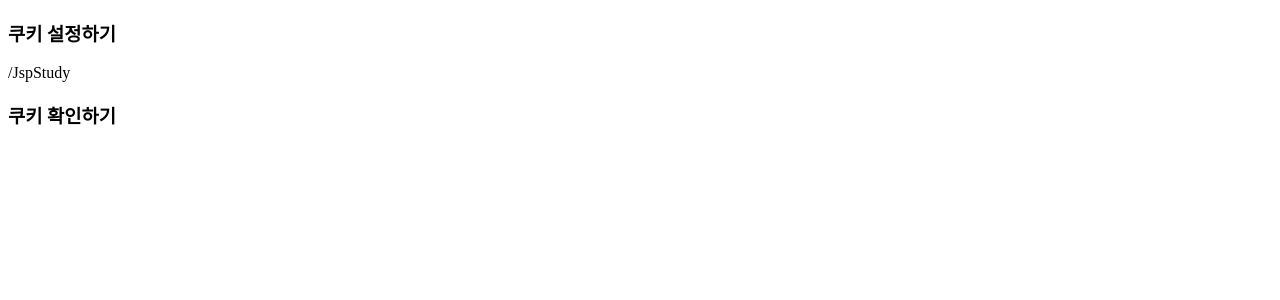
Repository: kimeuiyeob/KOPO_JSP_Study_2
Page: http://localhost/JspStudy/04Cookie/CookieMain.jsp
The author's editor kept a copy of each file at every save. The page is drawn from the files as they stood at one save, then again after the next save.
The browser window is 1280 px wide. The pictures show the whole page.
The page is served by Tomcat 9. Other server files are loaded and not shown.

Above is the page before, as saved 2023-06-19 04:30:17.

### JspStudy/src/main/webapp/04Cookie/CookieMain.jsp
<%@ page language="java" contentType="text/html; charset=UTF-8" pageEncoding="UTF-8"%>
<!DOCTYPE html>
<html>
<head>
<meta charset="UTF-8">
<title>cookie</title>
</head>
<body>

	<%
	request.setCharacterEncoding("UTF-8");
	%>

	<h3>쿠키 설정하기</h3>
	<%
	//쿠키 만들기
	Cookie cookie = new Cookie("cookie", "의엽쿠키");

	String uri = request.getContextPath(); //루트 경로
	cookie.setPath(uri);

	out.print(uri);

	cookie.setMaxAge(60 * 60 * 24 * 365); //1년

	//응답헤더에 쿠키를 담아준다.
	response.addCookie(cookie);
	%>

	<h3>쿠키 확인하기</h3>
	<%
	//쿠키는 배열형태로 받는다.
	Cookie[] cookies = request.getCookies();

	if (cookies != null) {
		for (Cookie c : cookies) {
			String cookieName = c.getName();
			String cookieValue = c.getValue();
			out.print("쿠키이름 : " + cookieName + "<br>");
			out.print("쿠키값 : " + cookieValue + "<br>");
			out.print("쿠키 생명주기 : " + c.getMaxAge() + "<br>");
			out.print("쿠키 저장 경로 : " + c.getPath() + "<br>");
		}
	}
	%>

</body>
</html>

After the next save:
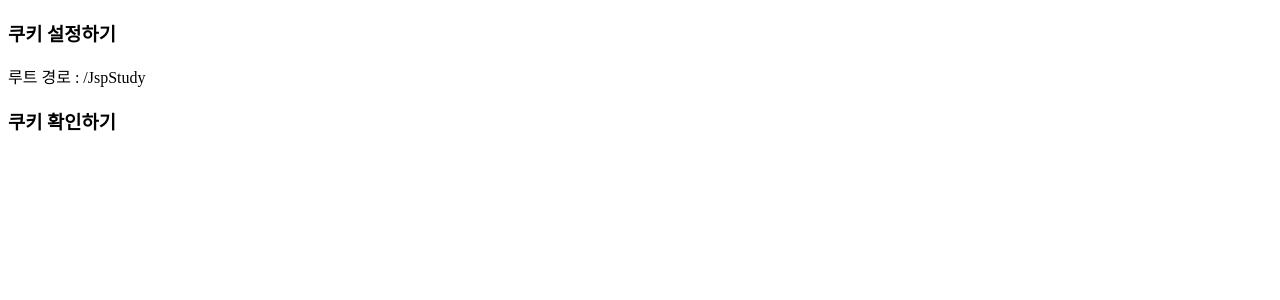
Saved 5 s later.
--- a/JspStudy/src/main/webapp/04Cookie/CookieMain.jsp
+++ b/JspStudy/src/main/webapp/04Cookie/CookieMain.jsp
@@ -19,7 +19,7 @@
 	String uri = request.getContextPath(); //루트 경로
 	cookie.setPath(uri);
 
-	out.print(uri);
+	out.print("루트 경로 : " + uri);
 
 	cookie.setMaxAge(60 * 60 * 24 * 365); //1년
 
